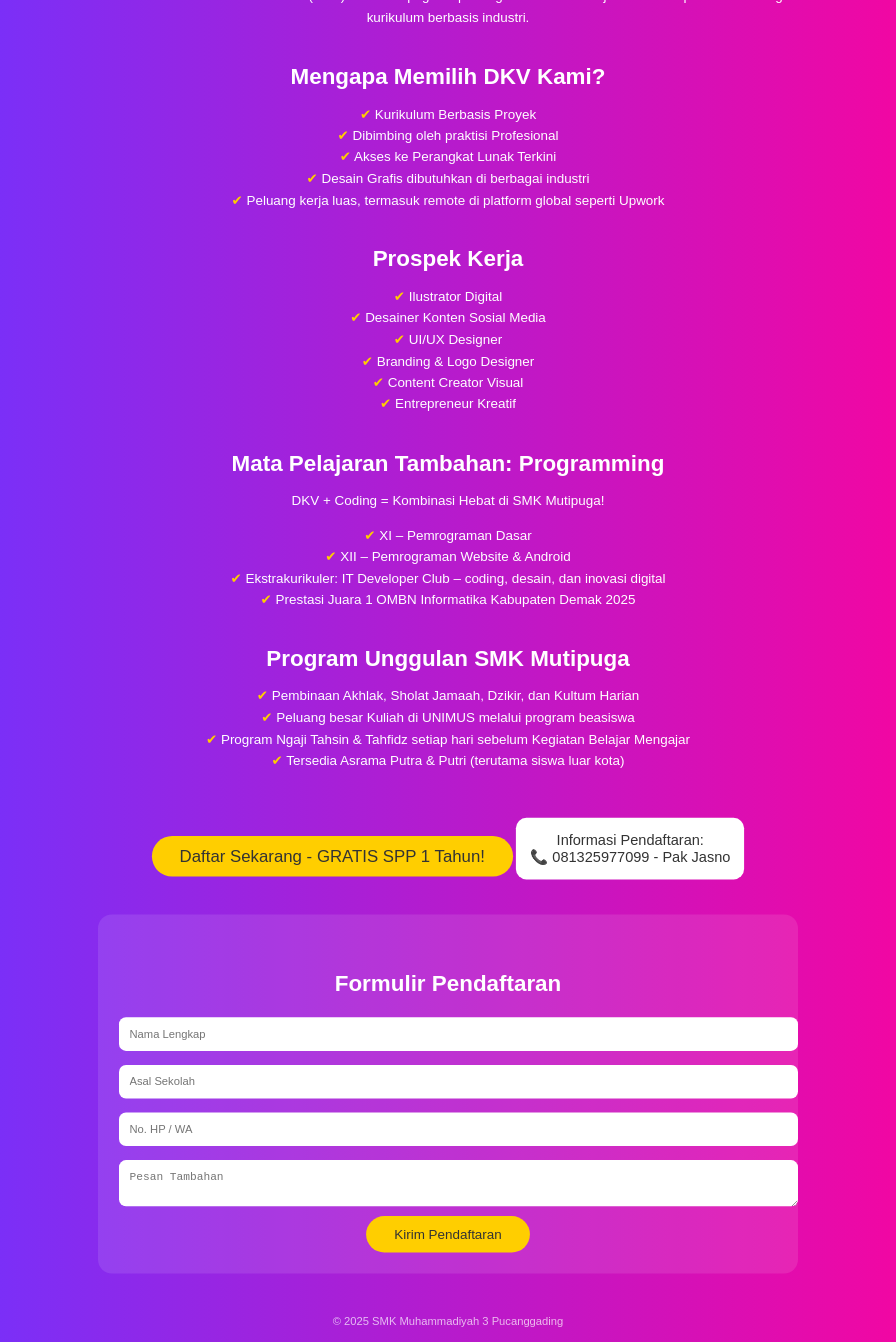
Repository: ppdbsmkmutipuga/ppdbsmkmutipuga.github.io
Page: index.html
These files come from the project's save history. The page is drawn as it stood at one moment and after a run of saves; the edit follows.
The browser window is 1280 px wide. The pictures show the part of the page from y = 575 to 2495 px (the page is 2495 px tall before and 1930 px after), at 70% of full size.
A picture or video elsewhere on the page could not be fetched, so the positions and the page height are approximate.

Above is the page before, as saved 2025-06-23 15:37:07.

### index.html
<!DOCTYPE html>
<html lang="id">

<head>
    <meta charset="UTF-8">
    <meta name="viewport" content="width=device-width, initial-scale=1.0">
    <title>PPDB DKV SMK Mutipuga</title>
    <style>
        body {
            margin: 0;
            font-family: 'Poppins', sans-serif;
            background: linear-gradient(to right, #7b2ff7, #f107a3);
            color: #fff;
            scroll-behavior: smooth;
        }

        .container {
            padding: 40px 20px;
            max-width: 1000px;
            margin: auto;
            text-align: center;
        }

        h1 {
            font-size: 3rem;
            margin-bottom: 10px;
            transition: all 0.5s ease;
        }

        h2 {
            margin-top: 50px;
            font-size: 2rem;
            margin-bottom: 20px;
            transition: all 0.5s ease;
        }

        p,
        li {
            font-size: 1.2rem;
            line-height: 1.6;
        }

        ul {
            list-style: none;
            padding: 0;
        }

        ul li::before {
            content: "\2714\0020";
            color: #ffce00;
        }

        .cta-button {
            background: #ffce00;
            color: #333;
            padding: 15px 40px;
            font-size: 1.5rem;
            border: none;
            border-radius: 50px;
            text-decoration: none;
            transition: transform 0.3s, box-shadow 0.3s;
            display: inline-block;
            margin-top: 40px;
        }

        .cta-button:hover {
            transform: scale(1.05);
            box-shadow: 0 4px 15px rgba(0, 0, 0, 0.3);
        }

        footer {
            text-align: center;
            padding: 20px;
            font-size: 1rem;
            color: rgba(255, 255, 255, 0.7);
        }

        .kontak {
            margin-top: 50px;
            font-size: 1.3rem;
            background: #fff;
            color: #333;
            padding: 20px;
            border-radius: 15px;
            display: inline-block;
        }

        .form-section {
            margin-top: 50px;
            background: rgba(255, 255, 255, 0.1);
            padding: 30px;
            border-radius: 20px;
        }

        .form-section input,
        .form-section textarea {
            width: 100%;
            padding: 15px;
            margin: 10px 0;
            border: none;
            border-radius: 10px;
            font-size: 1rem;
        }

        .form-section button {
            background: #ffce00;
            color: #333;
            padding: 15px 40px;
            font-size: 1.2rem;
            border: none;
            border-radius: 50px;
            cursor: pointer;
            transition: transform 0.3s, box-shadow 0.3s;
        }

        .form-section button:hover {
            transform: scale(1.05);
            box-shadow: 0 4px 15px rgba(0, 0, 0, 0.3);
        }

        .illustration {
            margin-top: 50px;
        }

        .illustration img {
            max-width: 100%;
            border-radius: 20px;
            box-shadow: 0 4px 20px rgba(0, 0, 0, 0.3);
        }

        @media (max-width: 600px) {
            h1 {
                font-size: 2rem;
            }

            h2 {
                font-size: 1.5rem;
            }

            p,
            li {
                font-size: 1rem;
            }
        }
    </style>
</head>

<body>
    <div class="container">
        <h1>Jelajahi Bakat Desain Grafis Bersama Kami!</h1>
        <div class="illustration">
            <img src="https://i.imgur.com/tVXTyzX.png" alt="Desain Grafis">
        </div>
        <p>Jurusan Desain Komunikasi Visual (DKV) SMK Mutipuga siap mengantarkanmu menjadi desainer profesional dengan
            kurikulum berbasis industri.</p>

        <h2>Mengapa Memilih DKV Kami?</h2>
        <ul>
            <li>Kurikulum Berbasis Proyek</li>
            <li>Dibimbing oleh praktisi Profesional</li>
            <li>Akses ke Perangkat Lunak Terkini</li>
            <li>Desain Grafis dibutuhkan di berbagai industri</li>
            <li>Peluang kerja luas, termasuk remote di platform global seperti Upwork</li>
        </ul>

        <h2>Prospek Kerja</h2>
        <ul>
            <li>Ilustrator Digital</li>
            <li>Desainer Konten Sosial Media</li>
            <li>UI/UX Designer</li>
            <li>Branding & Logo Designer</li>
            <li>Content Creator Visual</li>
            <li>Entrepreneur Kreatif</li>
        </ul>

        <h2>Mata Pelajaran Tambahan: Programming</h2>
        <p>DKV + Coding = Kombinasi Hebat di SMK Mutipuga!</p>
        <ul>
            <li>XI – Pemrograman Dasar</li>
            <li>XII – Pemrograman Website & Android</li>
            <li>Ekstrakurikuler: IT Developer Club – coding, desain, dan inovasi digital</li>
            <li>Prestasi Juara 1 OMBN Informatika Kabupaten Demak 2025</li>
        </ul>

        <h2>Program Unggulan SMK Mutipuga</h2>
        <ul>
            <li>Pembinaan Akhlak, Sholat Jamaah, Dzikir, dan Kultum Harian</li>
            <li>Peluang besar Kuliah di UNIMUS melalui program beasiswa</li>
            <li>Program Ngaji Tahsin & Tahfidz setiap hari sebelum Kegiatan Belajar Mengajar</li>
            <li>Tersedia Asrama Putra & Putri (terutama siswa luar kota)</li>
        </ul>

        <a href="#form" class="cta-button">Daftar Sekarang - GRATIS SPP 1 Tahun!</a>

        <div class="kontak">
            Informasi Pendaftaran: <br>
            📞 081325977099 - Pak Jasno
        </div>

        <div id="form" class="form-section">
            <h2>Formulir Pendaftaran</h2>
            <input type="text" placeholder="Nama Lengkap">
            <input type="text" placeholder="Asal Sekolah">
            <input type="tel" placeholder="No. HP / WA">
            <textarea placeholder="Pesan Tambahan"></textarea>
            <button>Kirim Pendaftaran</button>
        </div>
    </div>

    <footer>
        &copy; 2025 SMK Muhammadiyah 3 Pucanggading
    </footer>
</body>

</html>

After the next 2 saves:
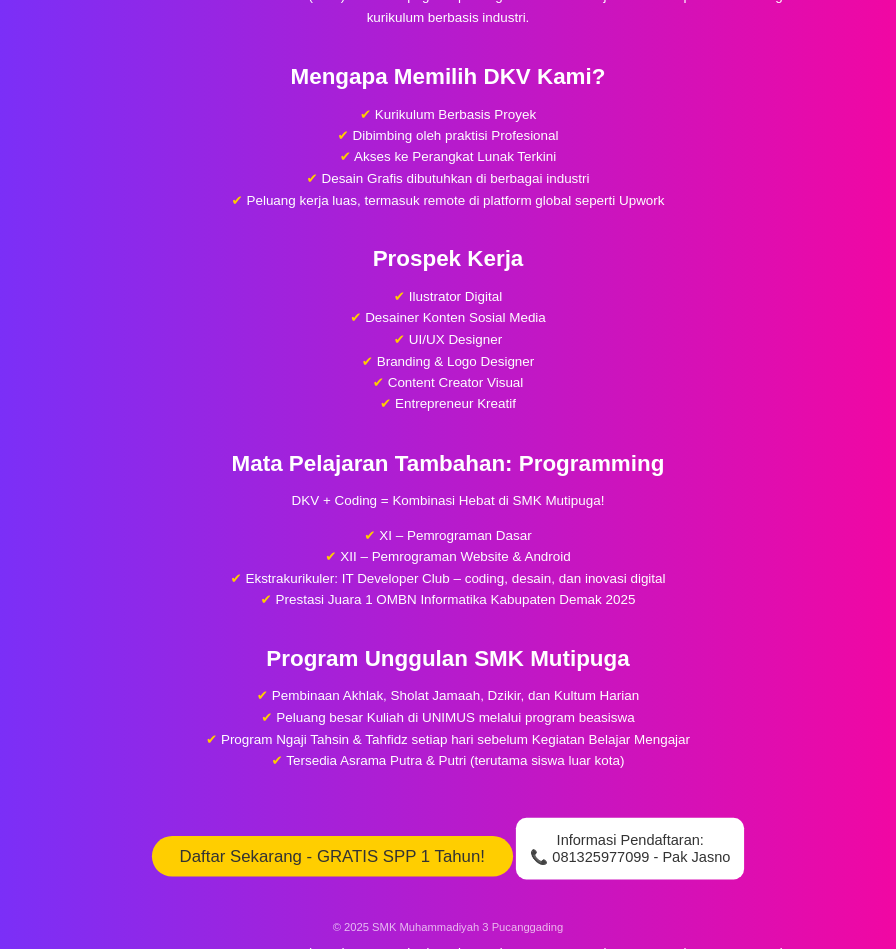
The 2 saves are shown as one change because they came seconds apart.
The last was saved 2 min 17 s later.
--- a/index.html
+++ b/index.html
@@ -85,39 +85,6 @@
             display: inline-block;
         }
 
-        .form-section {
-            margin-top: 50px;
-            background: rgba(255, 255, 255, 0.1);
-            padding: 30px;
-            border-radius: 20px;
-        }
-
-        .form-section input,
-        .form-section textarea {
-            width: 100%;
-            padding: 15px;
-            margin: 10px 0;
-            border: none;
-            border-radius: 10px;
-            font-size: 1rem;
-        }
-
-        .form-section button {
-            background: #ffce00;
-            color: #333;
-            padding: 15px 40px;
-            font-size: 1.2rem;
-            border: none;
-            border-radius: 50px;
-            cursor: pointer;
-            transition: transform 0.3s, box-shadow 0.3s;
-        }
-
-        .form-section button:hover {
-            transform: scale(1.05);
-            box-shadow: 0 4px 15px rgba(0, 0, 0, 0.3);
-        }
-
         .illustration {
             margin-top: 50px;
         }
@@ -190,20 +157,12 @@
             <li>Tersedia Asrama Putra & Putri (terutama siswa luar kota)</li>
         </ul>
 
-        <a href="#form" class="cta-button">Daftar Sekarang - GRATIS SPP 1 Tahun!</a>
+        <a href="https://s.id/PPDBSMKMUTIPUGA" target="_blank" class="cta-button">Daftar Sekarang - GRATIS SPP 1
+            Tahun!</a>
 
         <div class="kontak">
             Informasi Pendaftaran: <br>
             📞 081325977099 - Pak Jasno
-        </div>
-
-        <div id="form" class="form-section">
-            <h2>Formulir Pendaftaran</h2>
-            <input type="text" placeholder="Nama Lengkap">
-            <input type="text" placeholder="Asal Sekolah">
-            <input type="tel" placeholder="No. HP / WA">
-            <textarea placeholder="Pesan Tambahan"></textarea>
-            <button>Kirim Pendaftaran</button>
         </div>
     </div>
 
